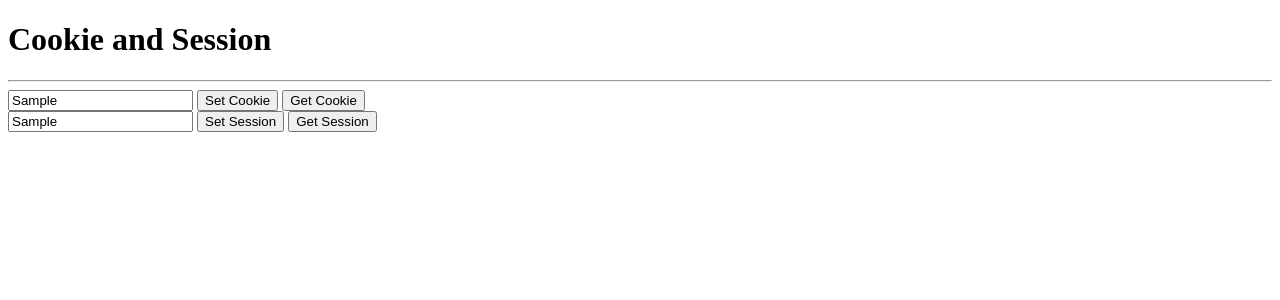
Repository: zxcvne/1400_web_nhs
Page: http://localhost/web/10_Cookie_Session.jsp
The author's editor kept a copy of each file at every save. The page is drawn from the files as they stood at one save, then again after the next save.
The browser window is 1280 px wide. The pictures show the whole page.
Empty fields were first filled with sample values (such as "Sample", 5 or name@example.com).
After loading, the first visible `input[onclick="getSession()"]` was clicked once.
The page is served by Tomcat 10. Other server files are loaded and not shown.

Above is the page before, as saved 2025-10-26 08:24:48.

### 05_jsp/src/web/src/main/webapp/10_Cookie_Session.jsp
<%@ page language="java" contentType="text/html; charset=UTF-8"
    pageEncoding="UTF-8"%>
<!DOCTYPE html>
<html>
<head>
<meta charset="UTF-8">
<title>Cookie and Session</title>
</head>
<body>
	<h1>Cookie and Session</h1>
	<hr>
	<form name ="myForm">
		<input type="text" name="customer">
		<input type="button" value="Set Cookie" onclick="setCookie()" >
		<input type="button" value="Get Cookie" onclick="getCookie()" >
		<br>
		<input type="text" name="email">
		<input type="button" value="Set Session" onclick="setSession()" >
		<input type="button" value="Get Session" onclick="getSession()" >
	</form>
	<div id="result"></div>
</body>
<script>
	function setCookie() {
		cookieValue = document.myForm.customer.value;
		console.log("customer : " + cookieValue);
		document.cookie = "customer=" + cookieValue + "; customer2=" + cookieValue;
	}
	function getCookie() {
		var cookies = document.cookie;
		console.log(cookies);
		console.log(cookies);
		var cookiedata = cookies.split(";");
		for(let i = 0; i<cookiedata.length; i++){
			// customer=Renoir
			var key = cookiedata[i].split("=")[0];
			var data = cookiedata[i].split("=")[1];
			if (key == "customer") {
				const div = document.getElementById("result");
				div.innerHTML += "<h1>getCookie</h1>";
				div.innerHTML += "<h2>" + data + "</h2>";
			}
		}
	}

	function setSession() {
		var sessionValue = document.myForm.email.value;
		sessionStorage.setItem("email", sessionValue);
	}

	function getSession() {
		var data = sessionStorage.getItem("email");
	}
</script>
</html>

After the next save:
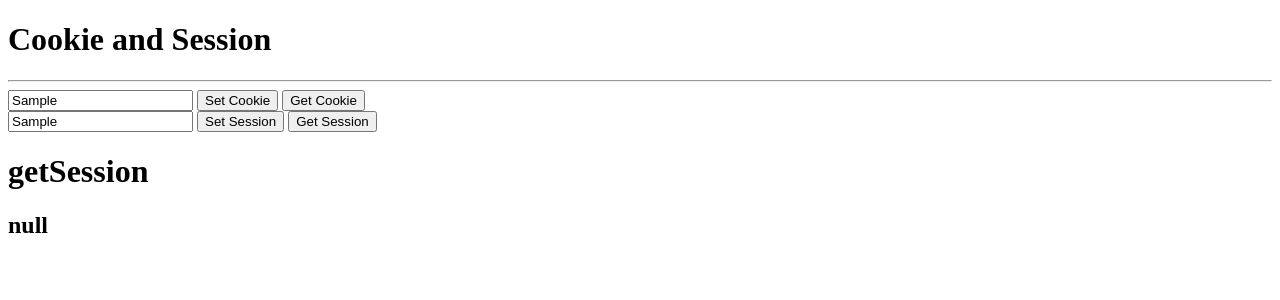
Saved 27 s later.
--- a/05_jsp/src/web/src/main/webapp/10_Cookie_Session.jsp
+++ b/05_jsp/src/web/src/main/webapp/10_Cookie_Session.jsp
@@ -50,6 +50,9 @@
 
 	function getSession() {
 		var data = sessionStorage.getItem("email");
+		const div = document.getElementById("result");
+		div.innerHTML += "<h1>getSession</h1>";
+		div.innerHTML += "<h2>" + data + "</h2>";
 	}
 </script>
 </html>
